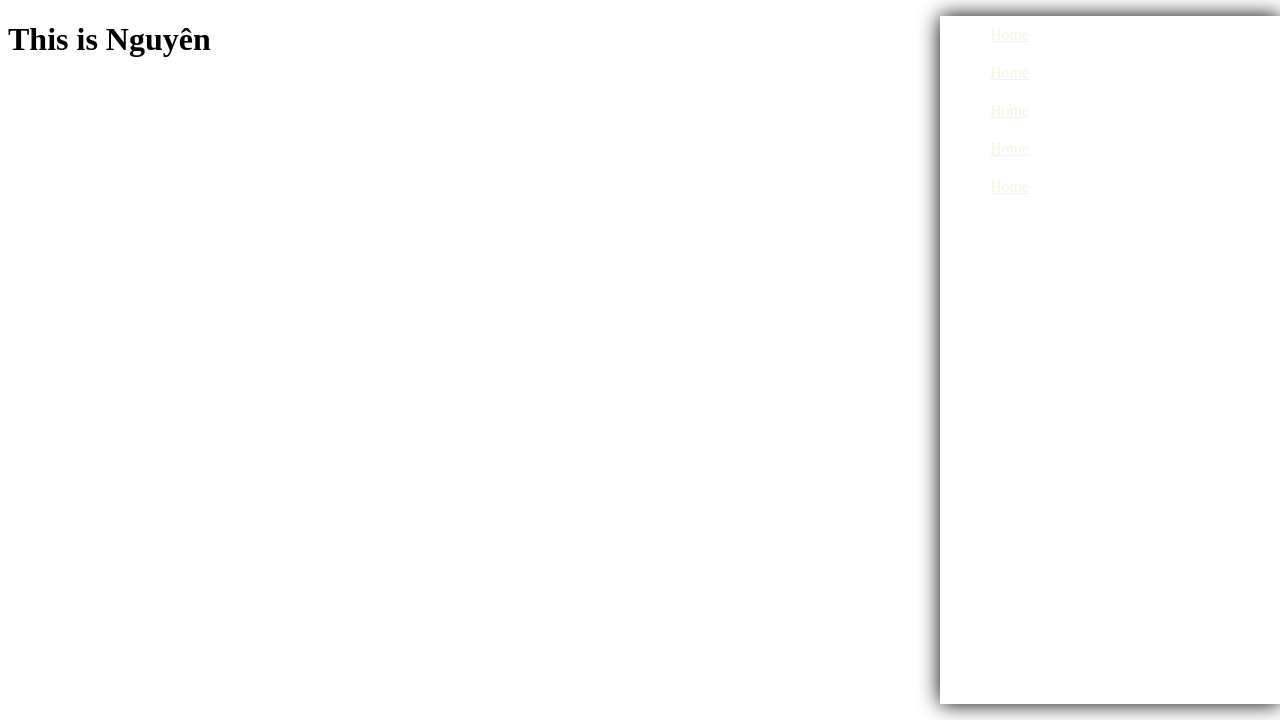
Repository: KhoiNguyen77/JS-C-Ba-n
Page: index.html
An editor plug-in stored every save of this project. The page is shown before and after the next save, followed by the edit.
The browser window is 1280 px wide. The pictures show the whole page.

Above is the page before, as saved 2023-03-29 17:43:55.
Console error: TypeError: Cannot read properties of null (reading 'getAttribute')

After the next save:
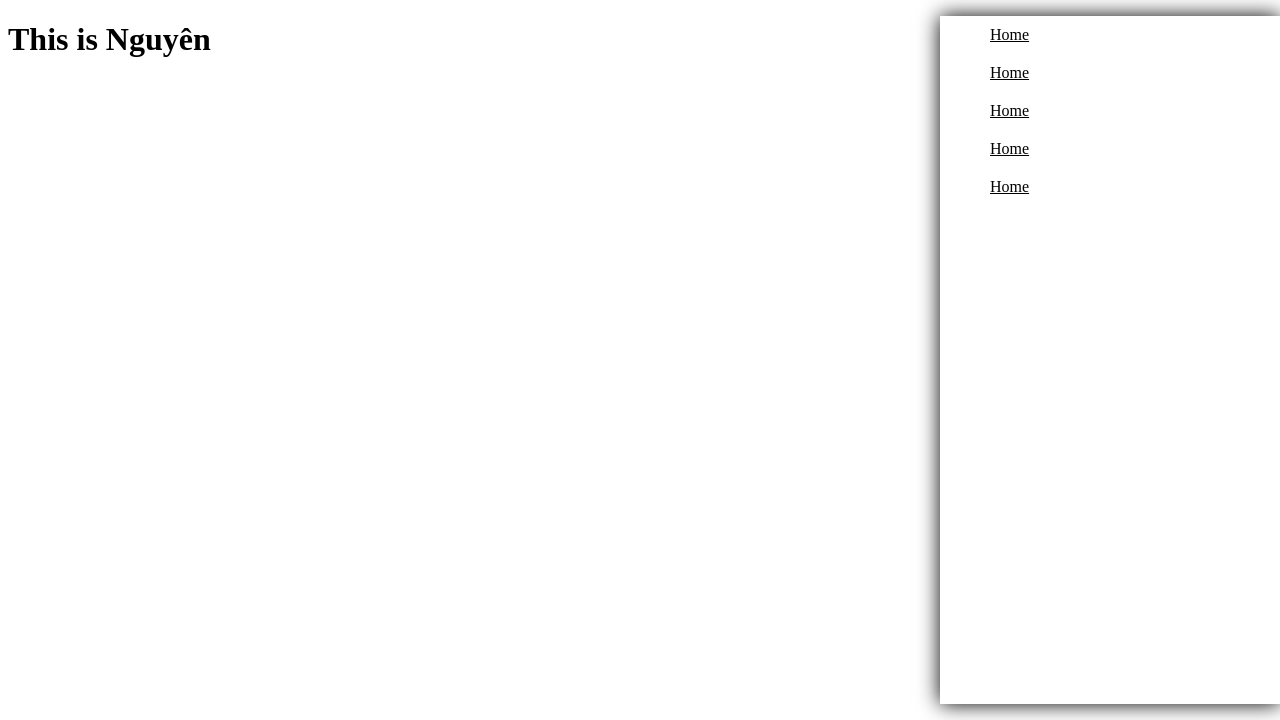
Saved 6 s later.
--- a/index.css
+++ b/index.css
@@ -11,5 +11,5 @@
 .menu-link {
     padding: 10px;
     display: block;
-    color: beige;
+    color: black;
 }
